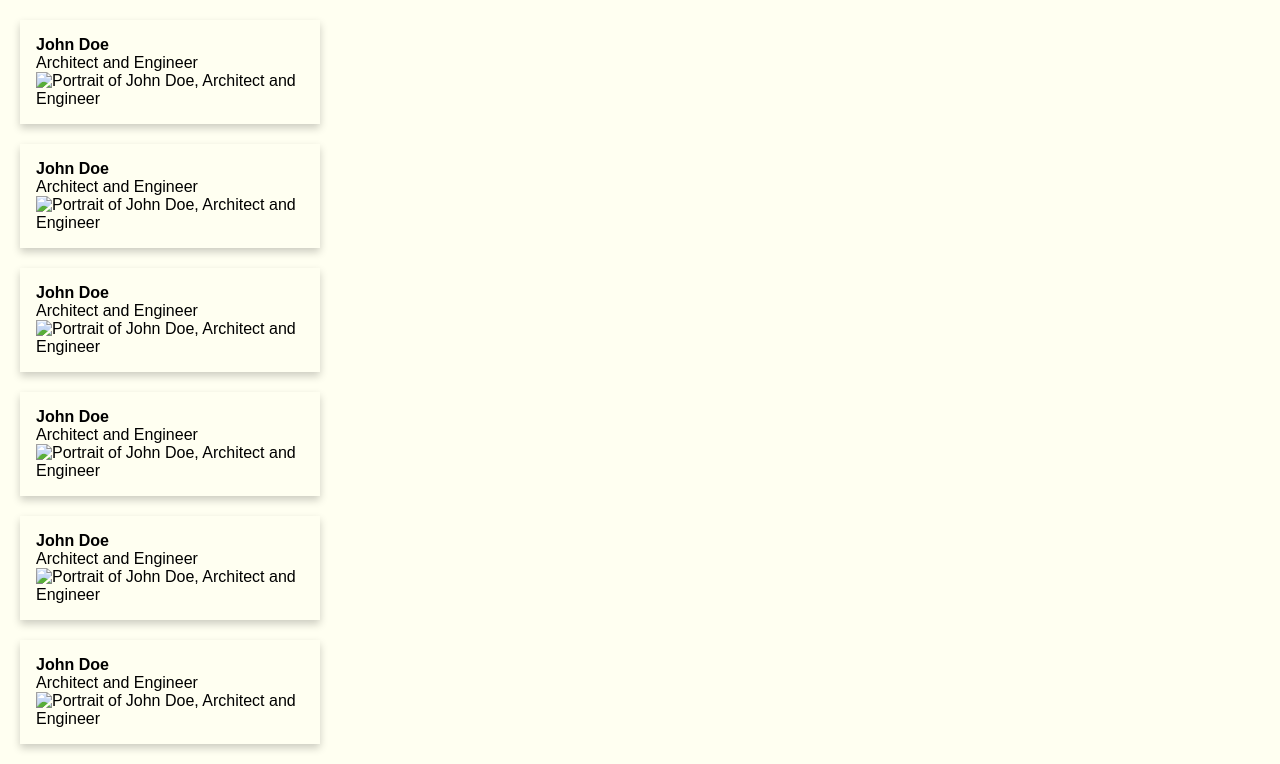
Repository: Muskan1Kumari4draw/React-app-with-concept
Page: /
An editor plug-in stored every save of this project. The page is shown before and after the next save, followed by the edit.
The browser window is 1280 px wide. The pictures show the whole page.
The project was rebuilt for these pictures with package versions that can differ from the ones it lists, and the page was loaded fresh each time.

Above is the page before, as saved 2024-09-29 15:07:31.

### src/App.js
import React from 'react';
import Restaurant from  "./component/Basic/Restaurant";
const App = () => {
  return <Restaurant/> ;
};

export default App

### src/component/Basic/Restaurant.js
import React from 'react';
import "./style.css";
import data from './restaurant.json'
const Restaurant = () => {
  return (
    <>
    {
        data.map((area,index) =>{
        return (
<div className="card" key ={index}>
        <div className="container">
          <span className="card-title"><b>John Doe</b></span>
          <p className="description">Architect and Engineer</p>
          <img  alt="Portrait of John Doe, Architect and Engineer" />
        </div>
      <div>
      </div>
      </div>
        )})
        }



    </>
  );
};

export default Restaurant;

### src/component/Basic/style.css
* {
  margin: 0;
  padding: 0;
  box-sizing: border-box;
}

body {
  background: rgb(255, 255, 241);
  font-family: Arial, sans-serif;
}

/* Navbar Styling */
.navbar {
  margin: auto;
  background: #fff;
  height: 50px;
  box-shadow: 0 4px 8px 0 rgba(0, 0, 0, 0.2);
  display: flex;
  justify-content: center;
  align-items: center;
}

.menu-nav {
  display: flex;
  justify-content: center;
}

.navbar a {
  color: #333;
  text-align: center;
  padding: 14px 16px;
  text-decoration: none;
  font-size: 17px;
  margin: auto;
}

/* Card Styling */
.card {
  box-shadow: 0 4px 8px 0 rgba(0, 0, 0, 0.2);
  transition: 0.3s;
  width: 300px;
  height: auto;
  margin: 20px;
}

.card:hover {
  box-shadow: 0 8px 16px 0 rgba(0, 0, 0, 0.2);
}

.container {
  padding: 16px;
}

.container img {
  width: 100%;
  height: auto;
  display: block;
}

.section-div {
  display: flex;
  flex-wrap: wrap;
  justify-content: center;
  align-items: center;
}

/* Responsive Media Queries */
@media screen and (max-width: 768px) {
  /* Stack the navbar links vertically on small screens */
  .navbar {
    flex-direction: column;
    height: auto;
  }

  .menu-nav {
    flex-direction: column;
  }

  .navbar a {
    padding: 10px;
    font-size: 15px;
    margin: 5px 0;
  }

  /* Adjust card layout on small screens */
  .card {
    width: 90%;
    margin: 10px;
  }

  /* Adjust font size and padding */
  .container {
    padding: 10px;
  }
}

@media screen and (max-width: 480px) {
  /* Further adjustments for very small screens */
  .navbar a {
    font-size: 14px;
    padding: 8px;
  }

  .card {
    width: 100%;
    margin: 10px;
  }

  .container h4 {
    font-size: 18px;
  }

  .container p {
    font-size: 14px;
  }
}  * {
      margin: 0;
      padding: 0;
      box-sizing: border-box;
    }

    body {
      background: rgb(255, 255, 241);
      font-family: Arial, sans-serif;
    }

    /* Navbar Styling */
    .navbar {
      margin: auto;
      background: #fff;
      height: 50px;
      box-shadow: 0 4px 8px 0 rgba(0, 0, 0, 0.2);
      display: flex;
      justify-content: center;
      align-items: center;
    }

    .menu-nav {
      display: flex;
      justify-content: center;
    }

    .navbar a {
      color: #333;
      text-align: center;
      padding: 14px 16px;
      text-decoration: none;
      font-size: 17px;
      margin: auto;
    }

    /* Card Styling */
    .card {
      box-shadow: 0 4px 8px 0 rgba(0, 0, 0, 0.2);
      transition: 0.3s;
      width: 300px;
      height: auto;
      margin: 20px;
    }

    .card:hover {
      box-shadow: 0 8px 16px 0 rgba(0, 0, 0, 0.2);
    }

    .container {
      padding: 16px;
    }

    .container img {
      width: 100%;
      height: auto;
      display: block;
    }

    .section-div {
      display: flex;
      flex-wrap: wrap;
      justify-content: center;
      align-items: center;
    }

    /* Responsive Media Queries */
    @media screen and (max-width: 768px) {
      /* Stack the navbar links vertically on small screens */
      .navbar {
        flex-direction: column;
        height: auto;
      }

      .menu-nav {
        flex-direction: column;
      }

      .navbar a {
        padding: 10px;
        font-size: 15px;
        margin: 5px 0;
      }

      /* Adjust card layout on small screens */
      .card {
        width: 90%;
        margin: 10px;
      }

      /* Adjust font size and padding */
      .container {
        padding: 10px;
      }
    }

    @media screen and (max-width: 480px) {
      /* Further adjustments for very small screens */
      .navbar a {
        font-size: 14px;
        padding: 8px;
      }

      .card {
        width: 100%;
        margin: 10px;
      }

      .container h4 {
        font-size: 18px;
      }

      .container p {
        font-size: 14px;
      }
    }

### src/component/Basic/restaurant.json
[
  {
    "placeName":"delhi",
    "Monument":"TAj Mahal",
    "id":1
  },
  {
    "placeName":"delhi",
    "Monument":"TAj Mahal",
    "id":2
  },
  {
    "placeName":"delhi",
    "Monument":"TAj Mahal",
    "id":2
  },
  {
    "placeName":"delhi",
    "Monument":"TAj Mahal",
    "id":2
  },
  {
    "placeName":"delhi",
    "Monument":"TAj Mahal",
    "id":2
  },
  {
    "placeName":"delhi",
    "Monument":"TAj Mahal",
    "id":2
  }
]

Loaded but not shown: public/index.html (common file); src/index.js (common file); src/reportWebVitals.js (common file)

After the next save:
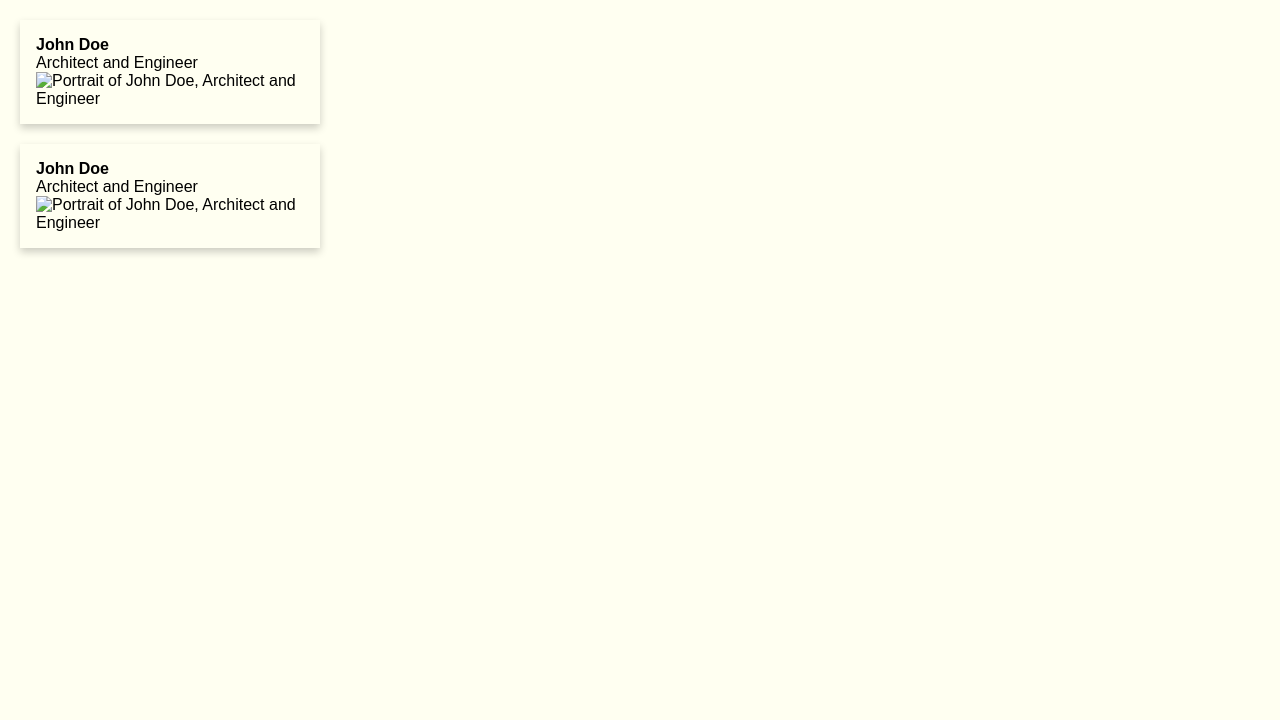
Saved 3 min 0 s later.
--- a/src/component/Basic/restaurant.json
+++ b/src/component/Basic/restaurant.json
@@ -1,32 +1,14 @@
 [
   {
-    "placeName":"delhi",
-    "Monument":"TAj Mahal",
-    "id":1
+    "Id":1,
+    "city": "Mumbai",
+    "Monuments": "Gateway of India",
+    "Description": ""
   },
   {
-    "placeName":"delhi",
-    "Monument":"TAj Mahal",
-    "id":2
-  },
-  {
-    "placeName":"delhi",
-    "Monument":"TAj Mahal",
-    "id":2
-  },
-  {
-    "placeName":"delhi",
-    "Monument":"TAj Mahal",
-    "id":2
-  },
-  {
-    "placeName":"delhi",
-    "Monument":"TAj Mahal",
-    "id":2
-  },
-  {
-    "placeName":"delhi",
-    "Monument":"TAj Mahal",
-    "id":2
+    "Id":2,
+    "city": "Delhi",
+    "Monuments": "Red Fort",
+    "Description": ""
   }
 ]
